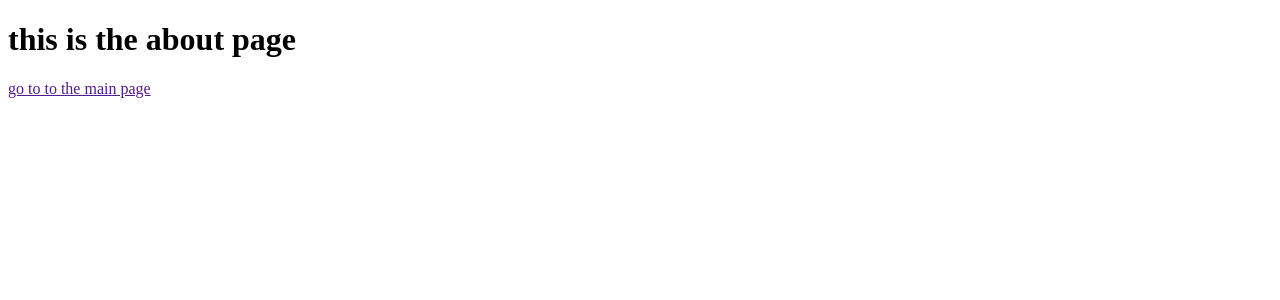
Repository: sailorgeneralmin/fashionblog
Page: about.html
An editor plug-in stored every save of this project. The page is shown before and after a run of saves, followed by the edit.
The browser window is 1280 px wide. The pictures show the whole page.

Above is the page before, as saved 2024-10-15 18:29:20.

After the next 2 saves:
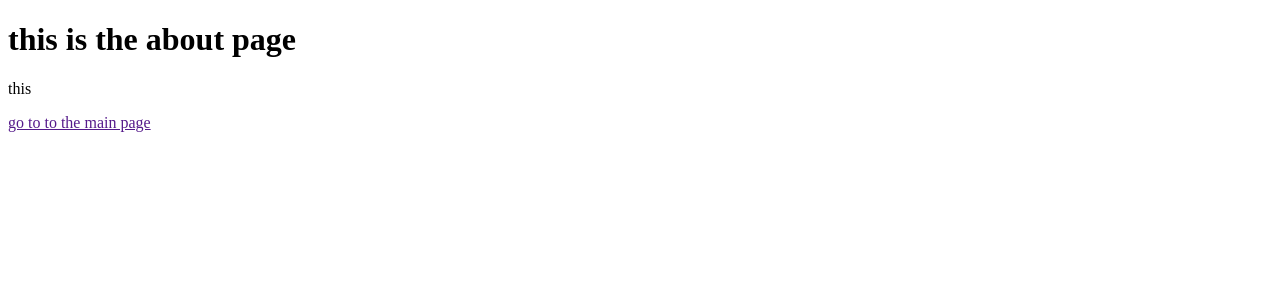
The 2 saves are shown as one change because they came seconds apart.
The last was saved 7 s later.
--- a/about.html
+++ b/about.html
@@ -18,7 +18,7 @@
     </style>
     <body>
         <h1>this is the about page</h1>
-        <p></p>
+        <p>this</p>
 
     </body>
     <!--link to the main page-->
